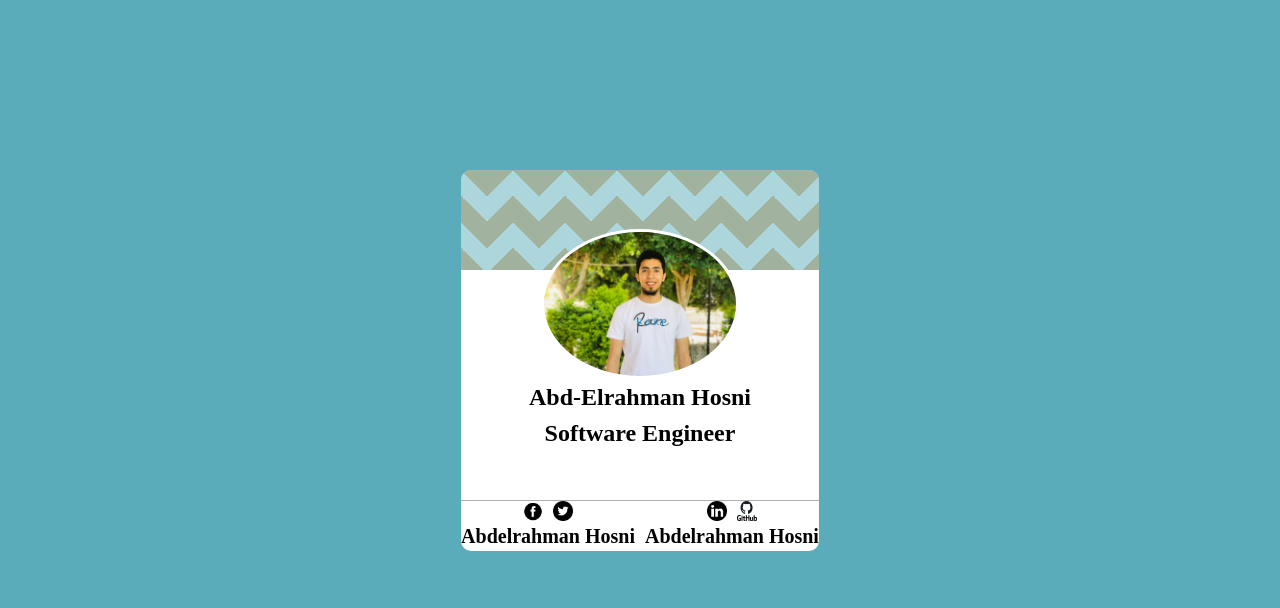
Repository: Abdo-Hosni123/Html-and-css-projects
Page: index.html
These files come from the project's save history. The page is drawn as it stood at one moment and after the next save; the edit follows.
The browser window is 1280 px wide. The pictures show the whole page.

Above is the page before, as saved 2023-12-06 00:46:09.

After the next save:
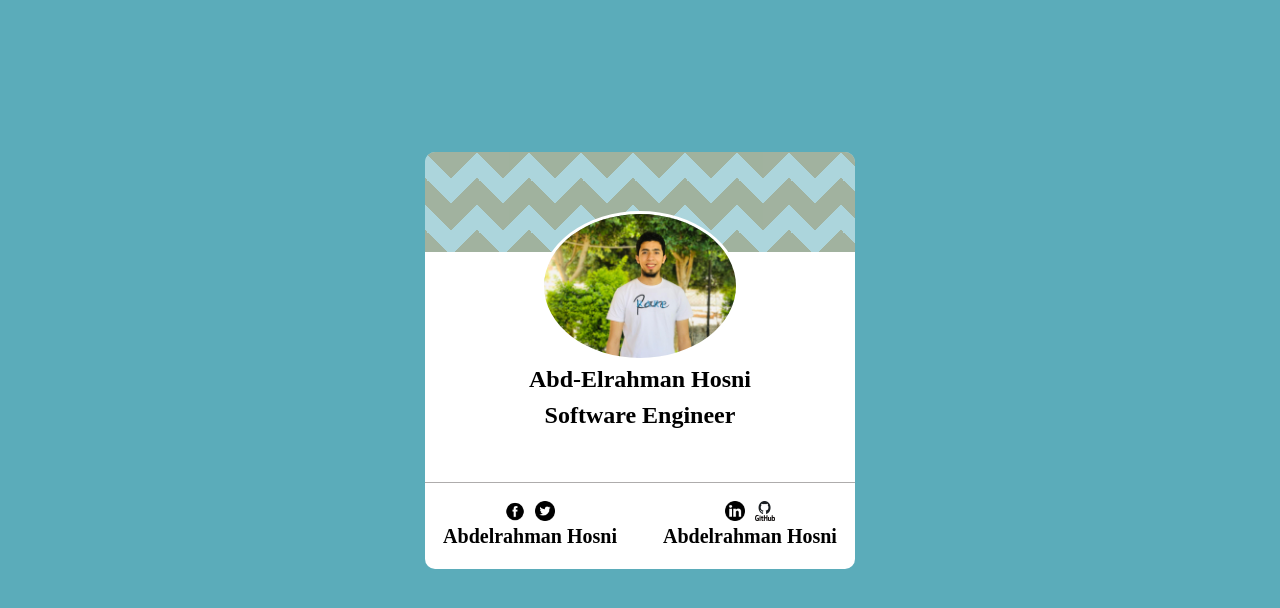
Saved 66 s later.
--- a/Style.css
+++ b/Style.css
@@ -97,6 +97,10 @@ h6 {
   border-top: 1px solid rgb(174, 172, 172);
   flex: 1;
 }
+.colum {
+  padding: 18px;
+  flex: 1;
+}
 .icons {
   display: flex;
   align-items: center;
